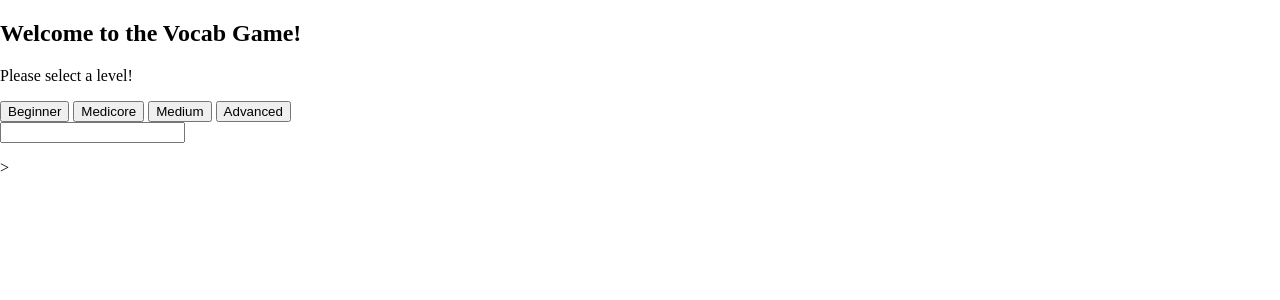
Repository: chimeconfused999/Vocab-Game
Page: index.html
These files come from the project's save history. The page is drawn as it stood at one moment and after the next save; the edit follows.
The browser window is 1280 px wide. The pictures show the whole page.

Above is the page before, as saved 2022-07-09 18:33:22.
Console error: SyntaxError: Cannot use import statement outside a module

### index.html
<!DOCTYPE html>
<html>
<body>
  <meta name="viewport" content="width=device-width, initial-scale=1">


<title>
    Vocab Game
</title>

<!--
<style>
  /* Center the loader */
  #loader {
    position: absolute;
    left: 50%;
    top: 50%;
    z-index: 1;
    width: 120px;
    height: 120px;
    margin: -76px 0 0 -76px;
    border: 16px solid #f3f3f3;
    border-radius: 50%;
    border-top: 16px solid #3498db;
    -webkit-animation: spin 2s linear infinite;
    animation: spin 2s linear infinite;
  }

  @-webkit-keyframes spin {
    0% { -webkit-transform: rotate(0deg); }
    100% { -webkit-transform: rotate(360deg); }
  }

  @keyframes spin {
    0% { transform: rotate(0deg); }
    100% { transform: rotate(360deg); }
  }

  /* Add animation to "page content" */
  .animate-bottom {
    position: relative;
    -webkit-animation-name: animatebottom;
    -webkit-animation-duration: 1s;
    animation-name: animatebottom;
    animation-duration: 1s
  }

  @-webkit-keyframes animatebottom {
    from { bottom:-100px; opacity:0 }
    to { bottom:0px; opacity:1 }
  }

  @keyframes animatebottom {
    from{ bottom:-100px; opacity:0 }
    to{ bottom:0; opacity:1 }
  }

  #myDiv {
    display: none;
    text-align: center;
  }
  </style>
-->

  </head>
  <body onload="myFunction()" style="margin:0;">

  <div id="loader"></div>

  <div style="display:none;" id="myDiv" class="animate-bottom">
    <h2>Welcome to the Vocab Game!</h2>
    <p>Please select a level!</p>
  </div>
  <div id ="buttons" class="buttons">
    <button id="Beginner" onclick="style.display = 'none'">Beginner</button>
    <button id="Medicore" onclick="style.display = 'none'">Medicore</button>
    <button id="Medium" onclick="style.display = 'none'">Medium</button>
    <button id="Advanced" onclick="style.display = 'none'">Advanced</button>
  </div>
  <input id="output" type="text">

  <p></p>


  <script>
  var myVar;

  function myFunction() {
    myVar = setTimeout(showPage, 3000);
  }

  function showPage() {
    document.getElementById("loader").style.display = "none";
    document.getElementById("myDiv").style.display = "block";
  }
  document.querySelector('#buttons')
  .addEventListener('click', event => {
    let target = event.target;
    if (target.matches('button')) {
      let value = target.innerHTML
      var output = document.createElement("h1")
      output.value += value
      var div = document.getElementById("buttons");
      div.style.display ='none';
    }
  });

  </script>


</body>
</html>



<script src="index.js" ></script>
<script type="module">

  </script>
<style src="index.css"></style>>

### index.js
function loadAdmin() {
    document.getElementById("header1").style.visibility="hidden";
}
var myVar;

function myFunction() {
  myVar = setTimeout(showPage, 3000);
}

function showPage() {
  document.getElementById("loader").style.display = "none";
  document.getElementById("myDiv").style.display = "block";
}

    // Import the functions you need from the SDKs you need
    import { initializeApp } from "https://www.gstatic.com/firebasejs/9.8.4/firebase-app.js";
    import { getAnalytics } from "https://www.gstatic.com/firebasejs/9.8.4/firebase-analytics.js";
    // TODO: Add SDKs for Firebase products that you want to use
    // https://firebase.google.com/docs/web/setup#available-libraries

    // Your web app's Firebase configuration
    // For Firebase JS SDK v7.20.0 and later, measurementId is optional
    const firebaseConfig = {
      apiKey: "AIzaSyAb46T6Htsp0_VkTugv9a8DA2vzTQZ7ogk",
      authDomain: "vocabulary-game-589f7.firebaseapp.com",
      projectId: "vocabulary-game-589f7",
      storageBucket: "vocabulary-game-589f7.appspot.com",
      messagingSenderId: "569712911298",
      appId: "1:569712911298:web:a2909d5050b47448a5ac5b",
      measurementId: "G-1L23PJLGEE"
    };

    // Initialize Firebase
    const app = initializeApp(firebaseConfig);
    const analytics = getAnalytics(app);

  document.querySelector('#buttons')
  .addEventListener('click', event => {
    let target = event.target;
    if (target.matches('button')) {
      let value = target.innerHTML

      document.querySelector('#output').value += value
    }
  });

After the next save:
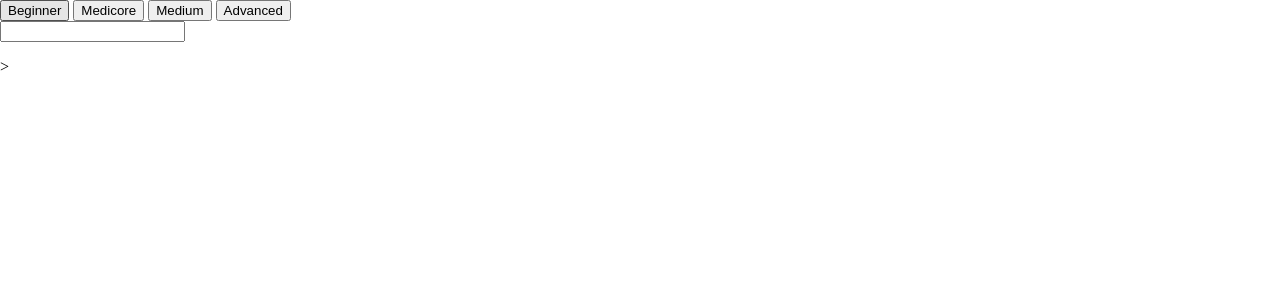
Console error: SyntaxError: Unexpected token '}'
Saved 14 min 5 s later.
--- a/index.html
+++ b/index.html
@@ -93,15 +93,11 @@
     document.getElementById("loader").style.display = "none";
     document.getElementById("myDiv").style.display = "block";
   }
-  document.querySelector('#buttons')
-  .addEventListener('click', event => {
-    let target = event.target;
-    if (target.matches('button')) {
-      let value = target.innerHTML
-      var output = document.createElement("h1")
-      output.value += value
-      var div = document.getElementById("buttons");
-      div.style.display ='none';
+var tag = document.getElementById('demo');
+var button = document.querySelector('button');
+button.addEventListener('click', function(){
+tag.classList.toggle('demo');
+});
     }
   });
 

After the save that followed:
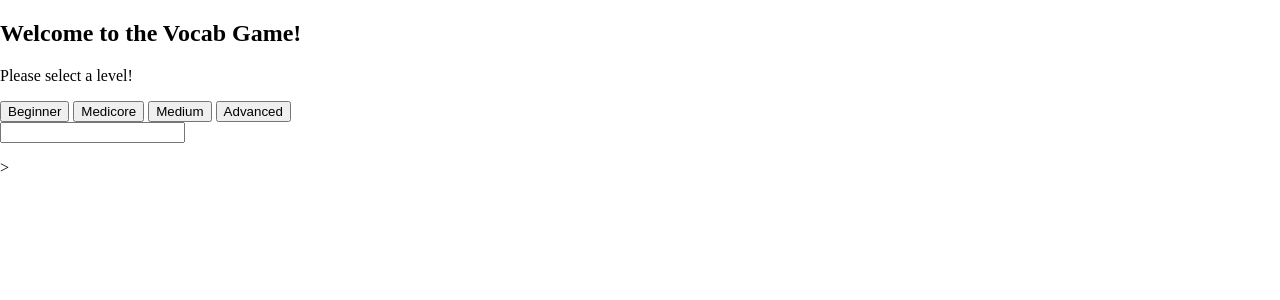
Console error: SyntaxError: Cannot use import statement outside a module
Saved 84 s later.
--- a/index.html
+++ b/index.html
@@ -93,14 +93,11 @@
     document.getElementById("loader").style.display = "none";
     document.getElementById("myDiv").style.display = "block";
   }
-var tag = document.getElementById('demo');
-var button = document.querySelector('button');
-button.addEventListener('click', function(){
-tag.classList.toggle('demo');
+  var tag = document.getElementById('demo');
+  var button = document.querySelector('button');
+  button.addEventListener('click', function(){
+  tag.classList.toggle('demo');
 });
-    }
-  });
-
   </script>
 
 
